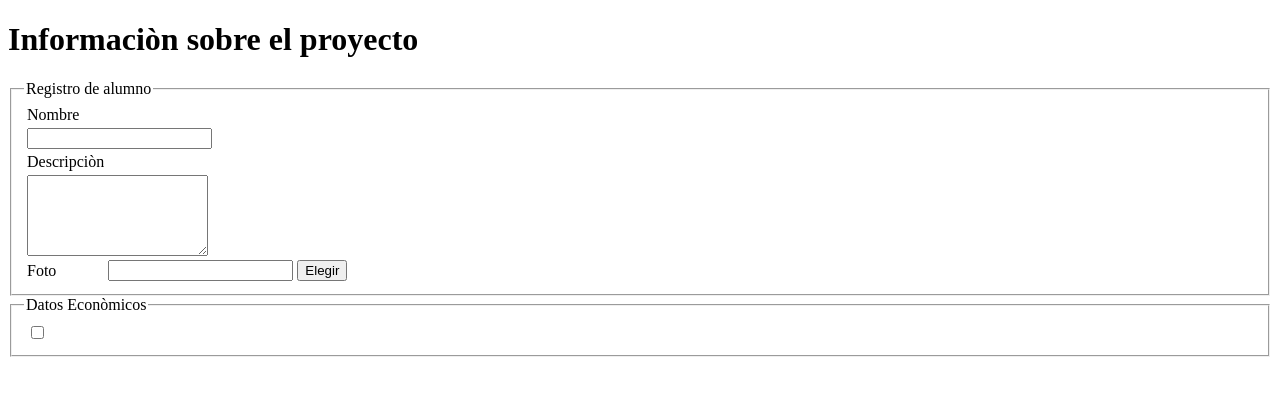
Repository: hoscanoa/Clases-LPII
Page: LPIISemana01/LPII-Semana01/WebContent/inicio.html
These files come from the project's save history. The page is drawn as it stood at one moment and after the next save; the edit follows.
The browser window is 1280 px wide. The pictures show the whole page.

Above is the page before, as saved 2014-09-18 22:06:43.

After the next save:
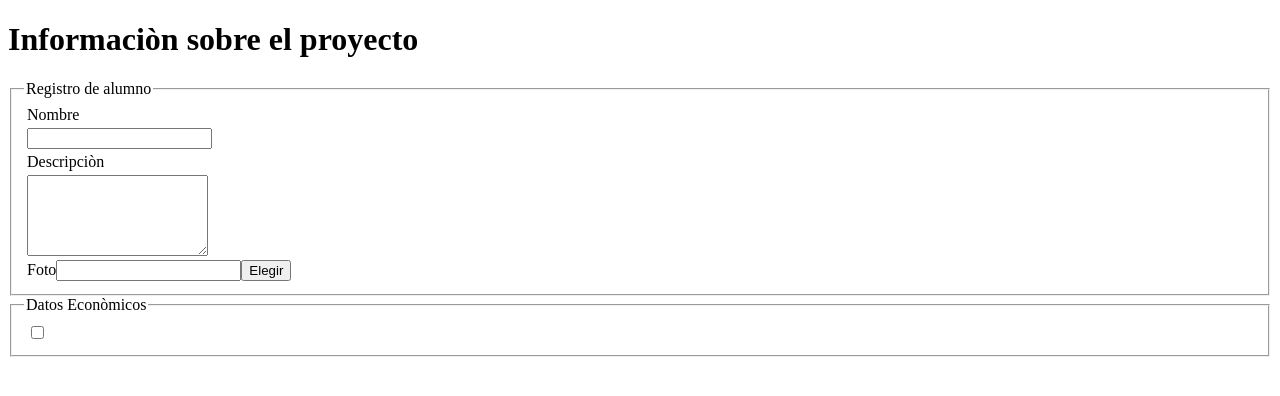
Saved 29 s later.
--- a/LPIISemana01/LPII-Semana01/WebContent/inicio.html
+++ b/LPIISemana01/LPII-Semana01/WebContent/inicio.html
@@ -25,10 +25,7 @@
 				</tr>
 
 				<tr>
-					<td>Foto</td>
-
-					<td><input type="text"  name="descripcion"></td>
-					<td><input type="button" value="Elegir"></td>
+					<td>Foto<input type="text"  name="descripcion"><input type="button" value="Elegir"></td>
 				</tr>
 
 			</table>
